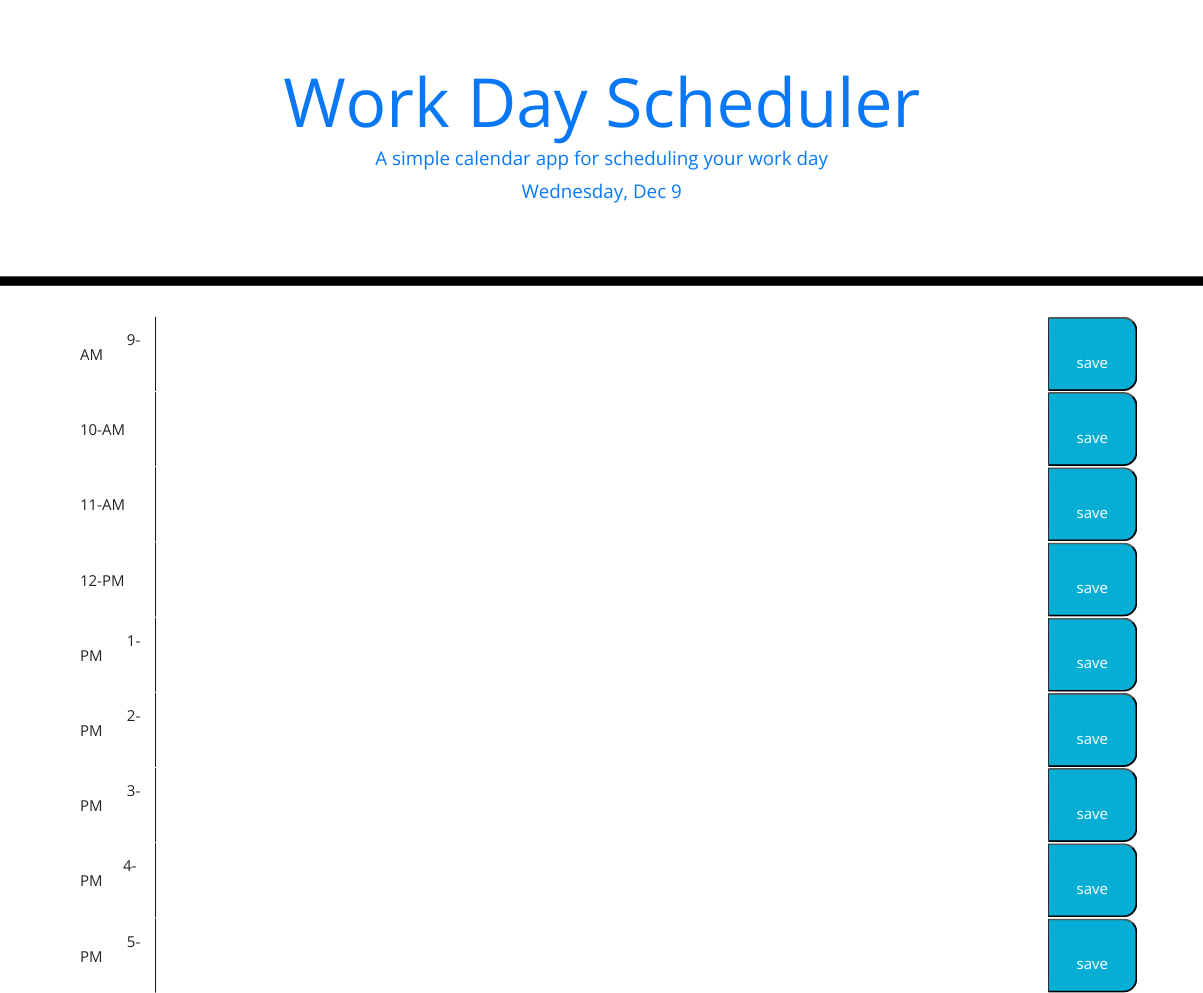
Repository: Mf948/DailyPlannerJS
Page: Develop/index.html
The author's editor kept a copy of each file at every save. The page is drawn from the files as they stood at one save, then again after a run of saves.
The browser window is 1280 px wide. The pictures show the whole page, at 94% of full size.
Some web libraries are served in a nearby version.

Above is the page before, as saved 2020-12-09 17:32:29.

After the next 2 saves:
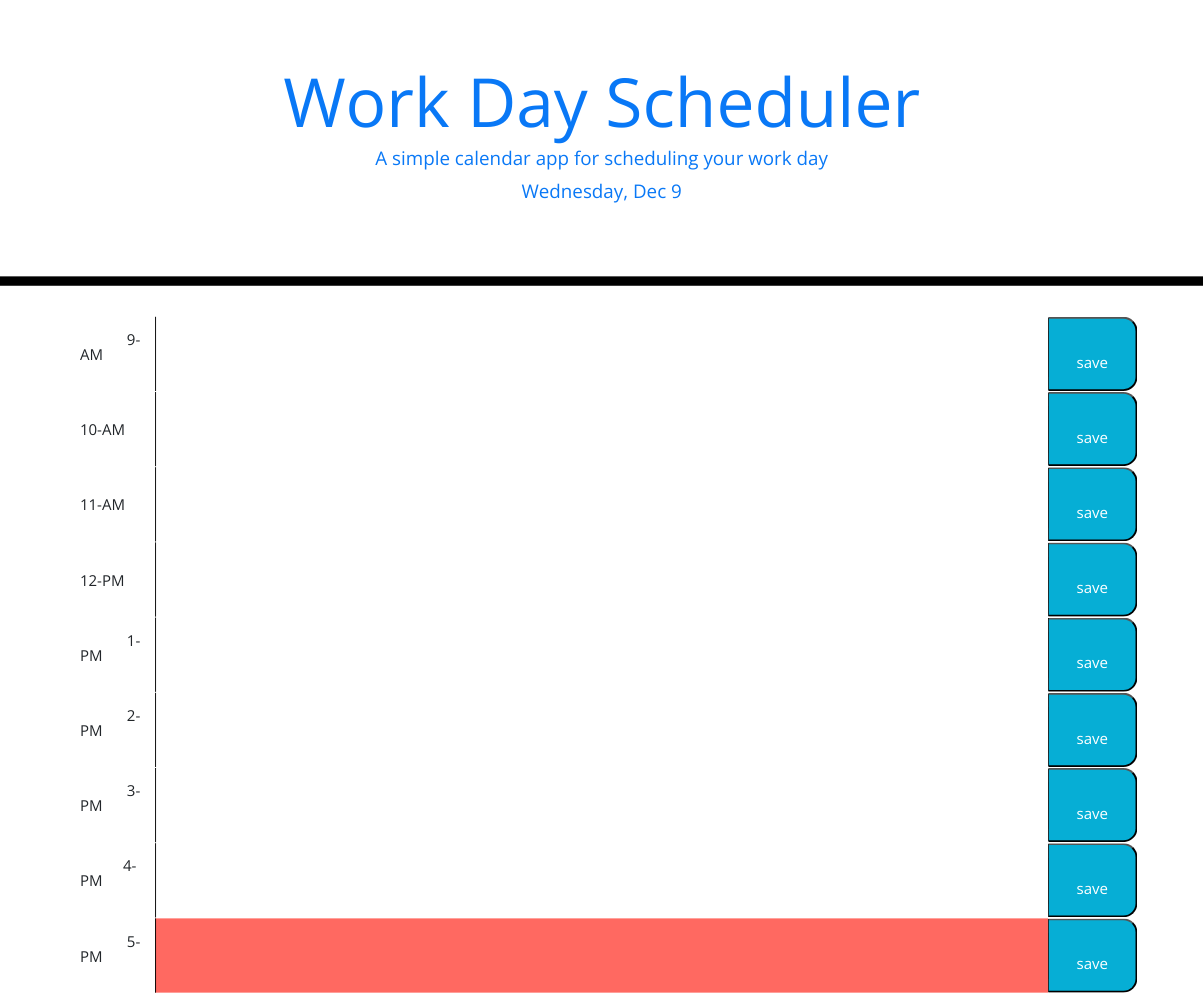
The 2 saves are shown as one change because they came seconds apart.
The last was saved 9 s later.
--- a/Develop/script.js
+++ b/Develop/script.js
@@ -14,7 +14,7 @@
 
             if(dayjshour === $(this).attr('id')){
                 //cchange class to current
-                $(this).addClass('')
+                $(this).addClass('present')
             }
 
 
